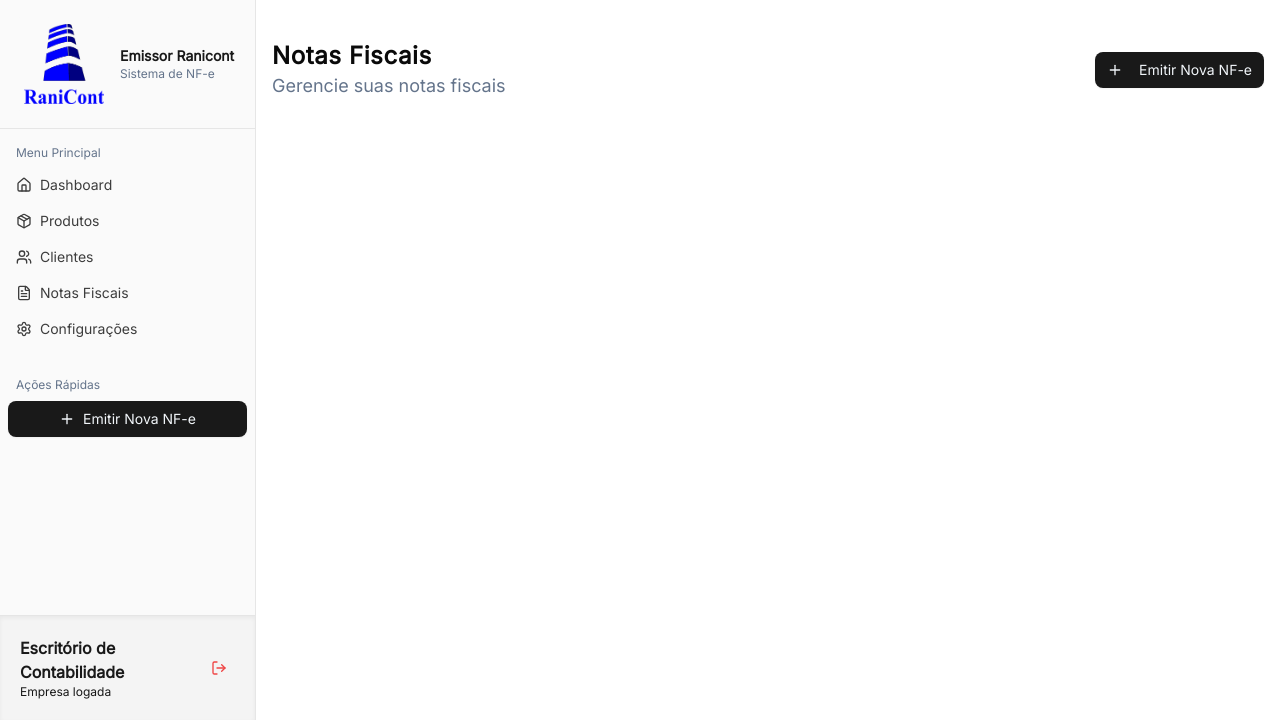
Repository: vinimx/emissor-ranicont
Page: /nova
The author's editor kept a copy of each file at every save. The page is drawn from the files as they stood at one save, then again after the next save.
The browser window is 1280 px wide. The pictures show the whole page.
The project was rebuilt for these pictures with package versions that can differ from the ones it lists, and the page was loaded fresh each time. Also part of the build but not shown: vite.config.js, src/components/ui/card.jsx, src/components/ui/input.jsx, src/components/ui/label.jsx, src/components/Auth/Login/index.jsx, src/components/Auth/Cadastrar/index.jsx, src/components/ui/separator.jsx, src/components/ui/sheet.jsx and 8 more.

Above is the page before, as saved 2025-06-23 22:20:20.

After the next save:
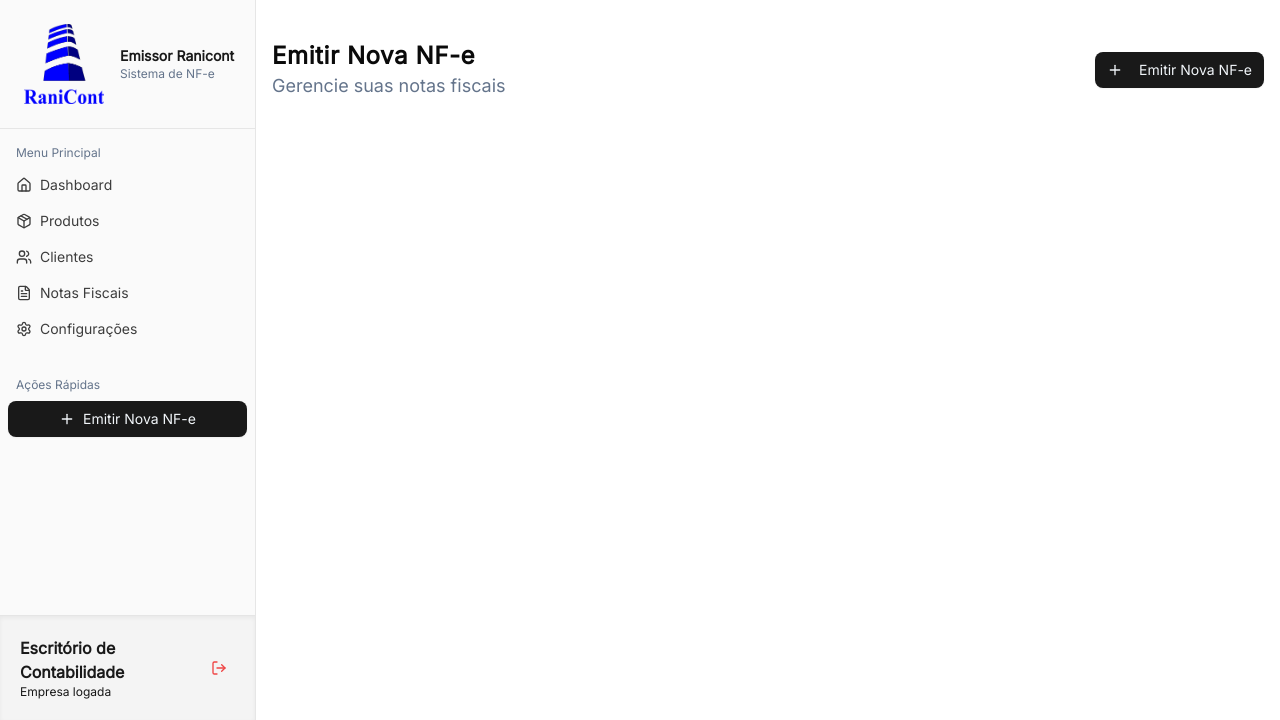
Saved 36 s later.
--- a/src/components/NotaFiscal/NovaNotaFiscal/index.jsx
+++ b/src/components/NotaFiscal/NovaNotaFiscal/index.jsx
@@ -11,7 +11,7 @@ export default function NovaNotaFiscal() {
       <LayoutComSidebar>
         <div className="mt-20 md:mt-10 m-2 sm:m-4 space-y-4 sm:space-y-6">
           <HeaderPagina
-            titulo="Notas Fiscais"
+            titulo="Emitir Nova NF-e"
             subtitulo="Gerencie suas notas fiscais"
             acao={
               <Button
